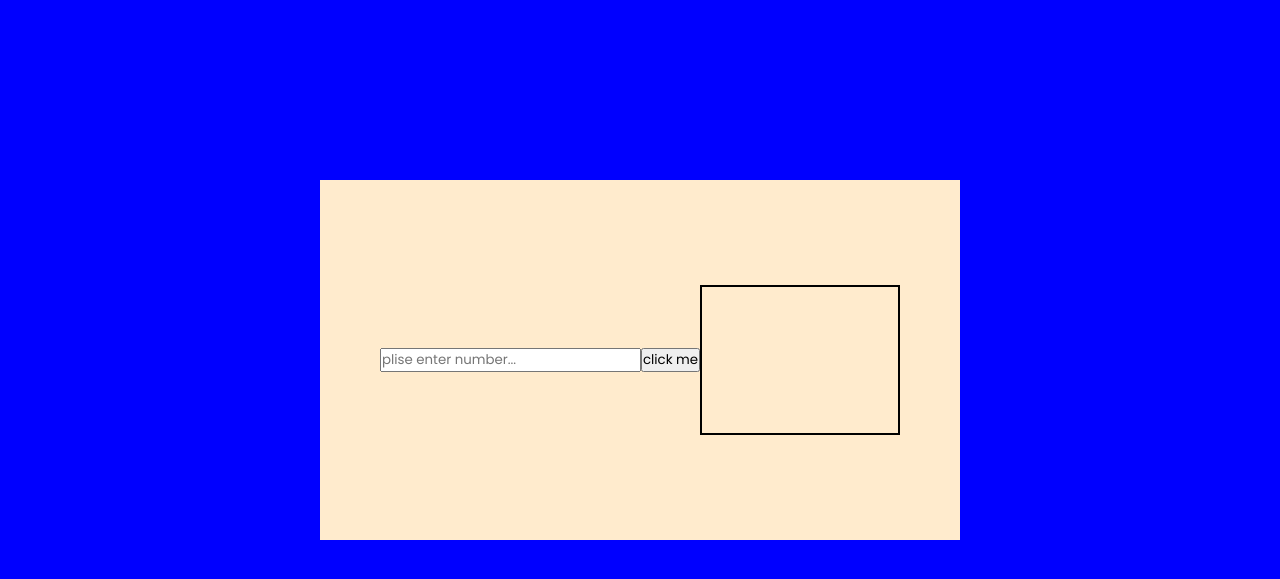
Repository: LusyaPetrosyan/Guessing-Game
Page: index.html
The author's editor kept a copy of each file at every save. The page is drawn from the files as they stood at one save, then again after the next save.
The browser window is 1280 px wide. The pictures show the whole page.

Above is the page before, as saved 2022-02-21 21:37:43.

### index.html
<!DOCTYPE html>
<html lang="en">
<head>
    <meta charset="UTF-8">
    <meta http-equiv="X-UA-Compatible" content="IE=edge">
    <meta name="viewport" content="width=device-width, initial-scale=1.0">
    <title>Document</title>
    <link rel="stylesheet" href="style.css">
</head>
<body>
    <div class="body">
        <div class="conteiner">
            <div class="main">
                <input type="number" id="value" placeholder="plise enter number...">
                <button class="btn" id="button">click me</button>
                <div class="table" id="show-text"></div>
            </div>
        </div>
    </div>
    <script src="script.js"></script>
</body>
</html>

### style.css
@import url('https://fonts.googleapis.com/css2?family=Poppins:wght@200;300;400;500;600;700&display=swap');
* {
    margin: 0;
    padding: 0;
    box-sizing: border-box;
    font-family: 'Poppins', sans-serif;
}

.body {
    background-color: blue;
    position: absolute;
    width: 100%;
    height: 100%;
    display: flex;
    align-items: center;
    justify-content: center;
}

.conteiner {
    background-color: blanchedalmond;
    position: relative;
    width: 50%;
    height: 50%;
    display: flex;
    align-items: center;
    justify-content: center;
}

.main {
    display: contents;
    flex-direction: row;
}


/* .btn {

} */

.table {
    border: 2px solid black;
    width: 200px;
    height: 150px;
}

### script.js
const value = document.getElementById("value").value;
const button = document.getElementById("button")
const showText = document.getElementById("show-text");

button.addEventListener("click", function() {
    function randomNum(max) {
        return Math.floor(Math.random() * max);
    }
    showText.innerText = "random number: " + randomNum(6);
})

After the next save:
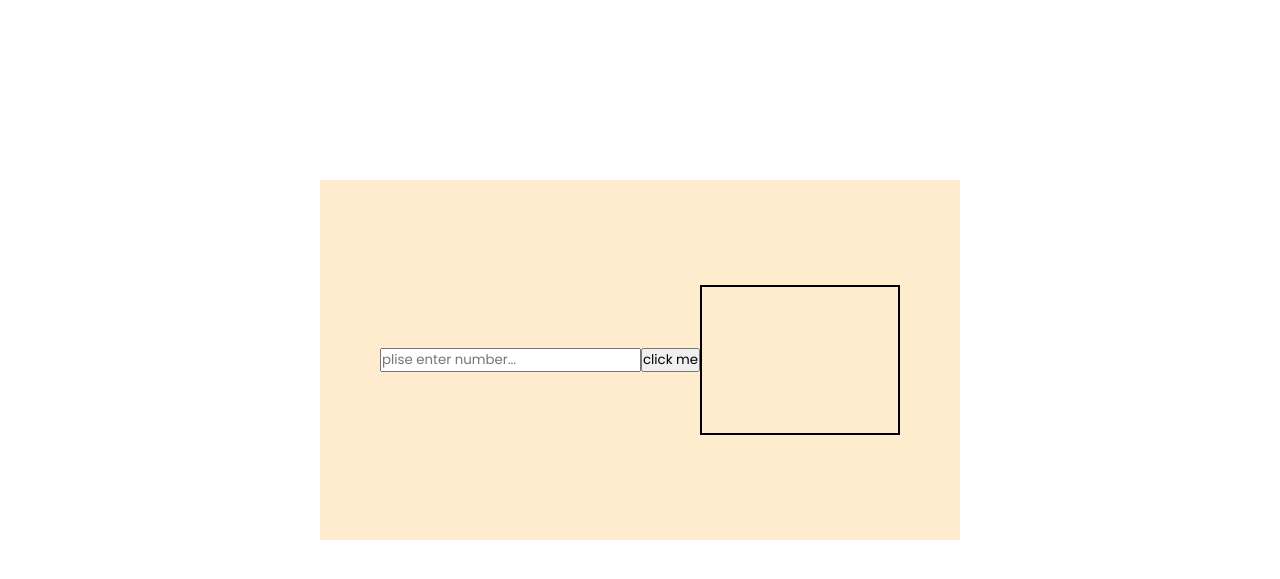
Saved 33 s later.
--- a/style.css
+++ b/style.css
@@ -7,7 +7,7 @@
 }
 
 .body {
-    background-color: blue;
+    background-color: ;
     position: absolute;
     width: 100%;
     height: 100%;
